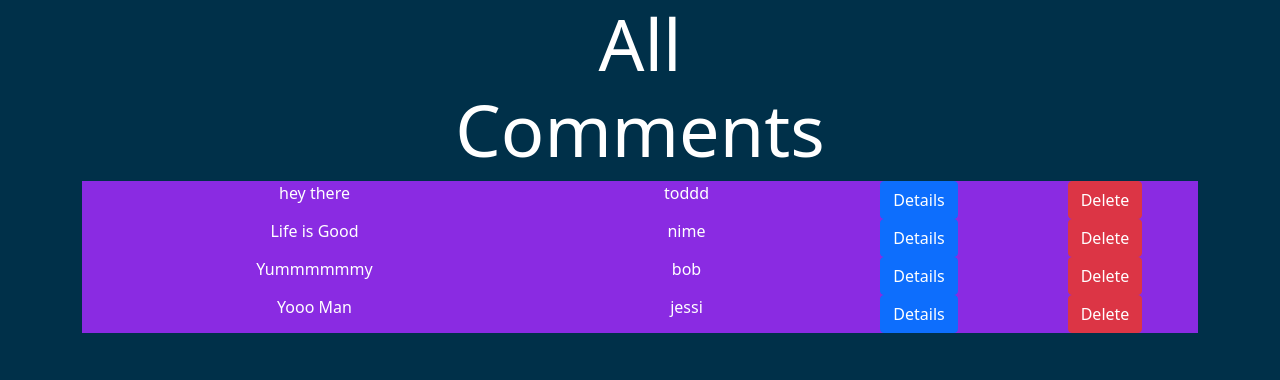
Repository: uditjain100/JavaScript-for-Web
Page: http://localhost/comments
These files come from the project's save history. The page is drawn as it stood at one moment and after the next save; the edit follows.
The browser window is 1280 px wide. The pictures show the whole page.
The page is served by the project's Node server (17.REST/index.js).

Above is the page before, as saved 2021-01-29 17:34:13.

### 17.REST/views/home.ejs
<!DOCTYPE html>
<html lang="en">
  <head>
    <meta charset="UTF-8" />
    <meta name="viewport" content="width=device-width, initial-scale=1.0" />
    <title>All Comments</title>
    <link
      href="https://cdn.jsdelivr.net/npm/bootstrap@5.0.0-beta1/dist/css/bootstrap.min.css"
      rel="stylesheet"
      integrity="sha384-giJF6kkoqNQ00vy+HMDP7azOuL0xtbfIcaT9wjKHr8RbDVddVHyTfAAsrekwKmP1"
      crossorigin="anonymous"
    />
  </head>
  <body style="background-color: #003049; color: white">
    <div class="container">
      <h2 class="display-2 d-grid col-5 mx-auto" style="text-align: center">
        All Comments
      </h2>
      <div
        class="row mx-auto"
        style="text-align: center; background-color: blueviolet"
        ;
      >
        <% for(var comment of comments) { %>
        <div class="col-5">
          <span><%= comment.comment %> </span>
        </div>
        <div class="col-3">
          <span><%= comment.username %> </span>
        </div>
        <div class="col-2">
          <button class="btn btn-primary">Details</button>
        </div>
        <div class="col-2">
          <button class="btn btn-danger">Delete</button>
        </div>

        <% } %>
      </div>
    </div>
  </body>
</html>

### 17.REST/index.js
const express = require("express");
const app = express();
const path = require("path");

var comments = [
  { id: 1, username: "toddd", comment: "hey there" },
  { id: 2, username: "nime", comment: "Life is Good" },
  { id: 3, username: "bob", comment: "Yummmmmmy" },
  { id: 4, username: "jessi", comment: "Yooo Man" },
];

app.use(express.urlencoded({ extended: true }));
app.use(express.json());
app.set("views", path.join(__dirname, "views"));
app.set("view engine", "ejs");

app.get("/comments", (req, res) => {
  res.render("home.ejs", { comments });
});

app.get("/tacos", (req, res) => {
  res.send("GET /tacos response");
});

app.post("/tacos", (req, res) => {
  const { author, post } = req.body;
  console.log(req.body);
  res.send("Post : " + post + "  and   author : " + author);
});

app.listen(3000, () => {
  console.log("Server got Started !!");
});

After the next save:
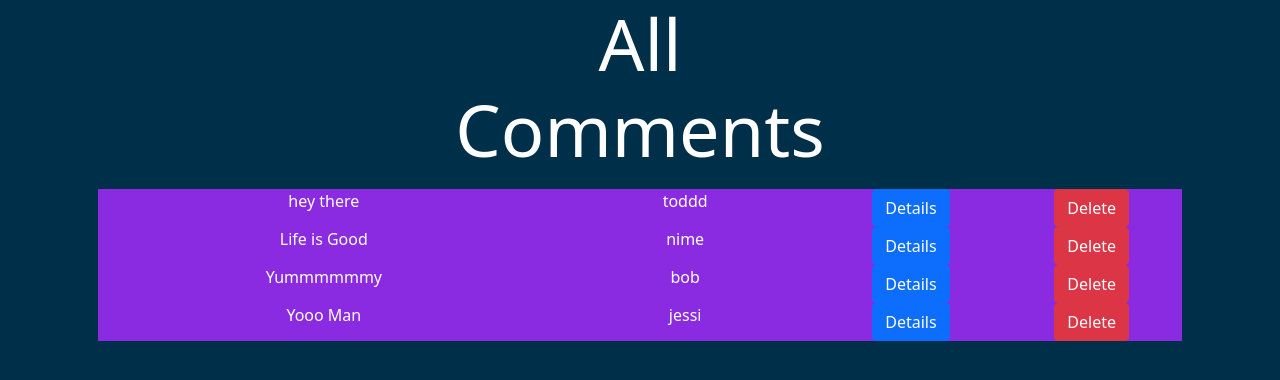
Saved 7 s later.
--- a/17.REST/views/home.ejs
+++ b/17.REST/views/home.ejs
@@ -17,7 +17,7 @@
         All Comments
       </h2>
       <div
-        class="row mx-auto"
+        class="row m-3"
         style="text-align: center; background-color: blueviolet"
         ;
       >
